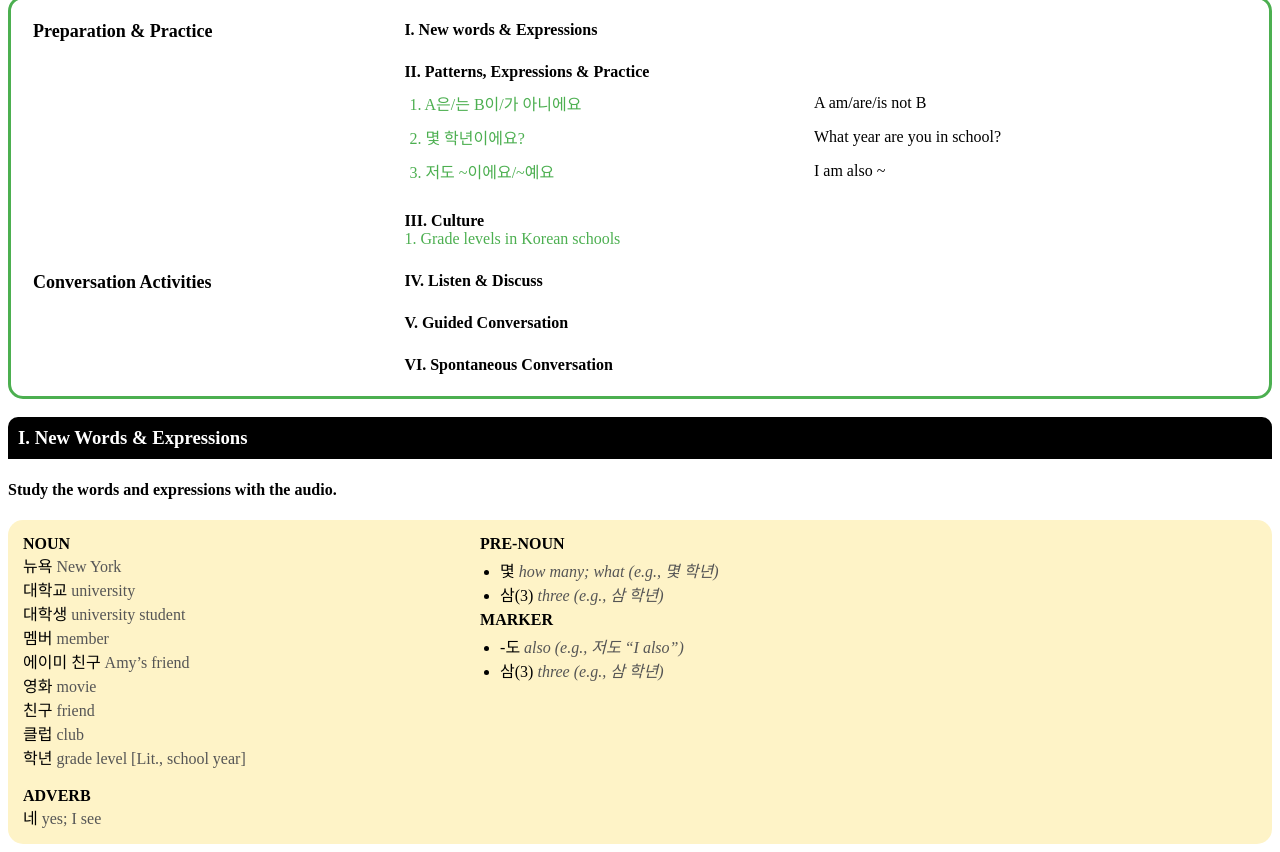
Repository: elliehong89/pineapple-content
Page: 1.anytimekorea/chap3/섹션1~3.html
The author's editor kept a copy of each file at every save. The page is drawn from the files as they stood at one save, then again after the next save.
The browser window is 1280 px wide. The pictures show the part of the page from y = 416 to 1268 px (the page is 1268 px tall).
A picture or video elsewhere on the page could not be fetched, so the positions and the page height are approximate.

Above is the page before, as saved 2025-02-19 17:10:16.

After the next save:
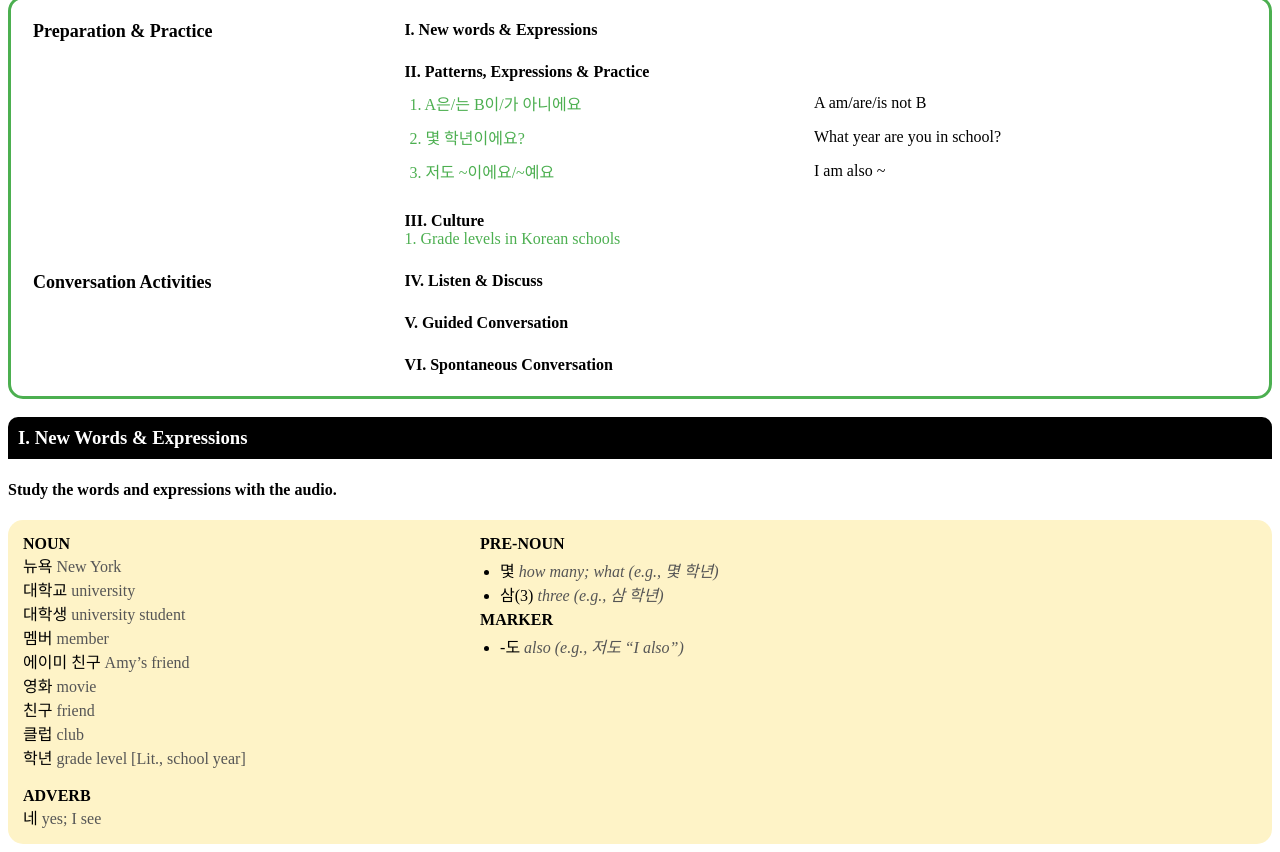
Saved 13 s later.
--- a/1.anytimekorea/chap3/섹션1~3.html
+++ b/1.anytimekorea/chap3/섹션1~3.html
@@ -82,7 +82,6 @@
             <div><strong>MARKER</strong></div>
             <ul style="padding-left: 20px; margin: 5px 0;">
                 <li>-도 <span style="color: #555;"><em>also (e.g., 저도 “I also”)</em></span></li>
-                <li>삼(3)  <span style="color: #555;"><em>three (e.g., 삼 학년)</em></span></li>
             </ul>
         </div>
     </div>
